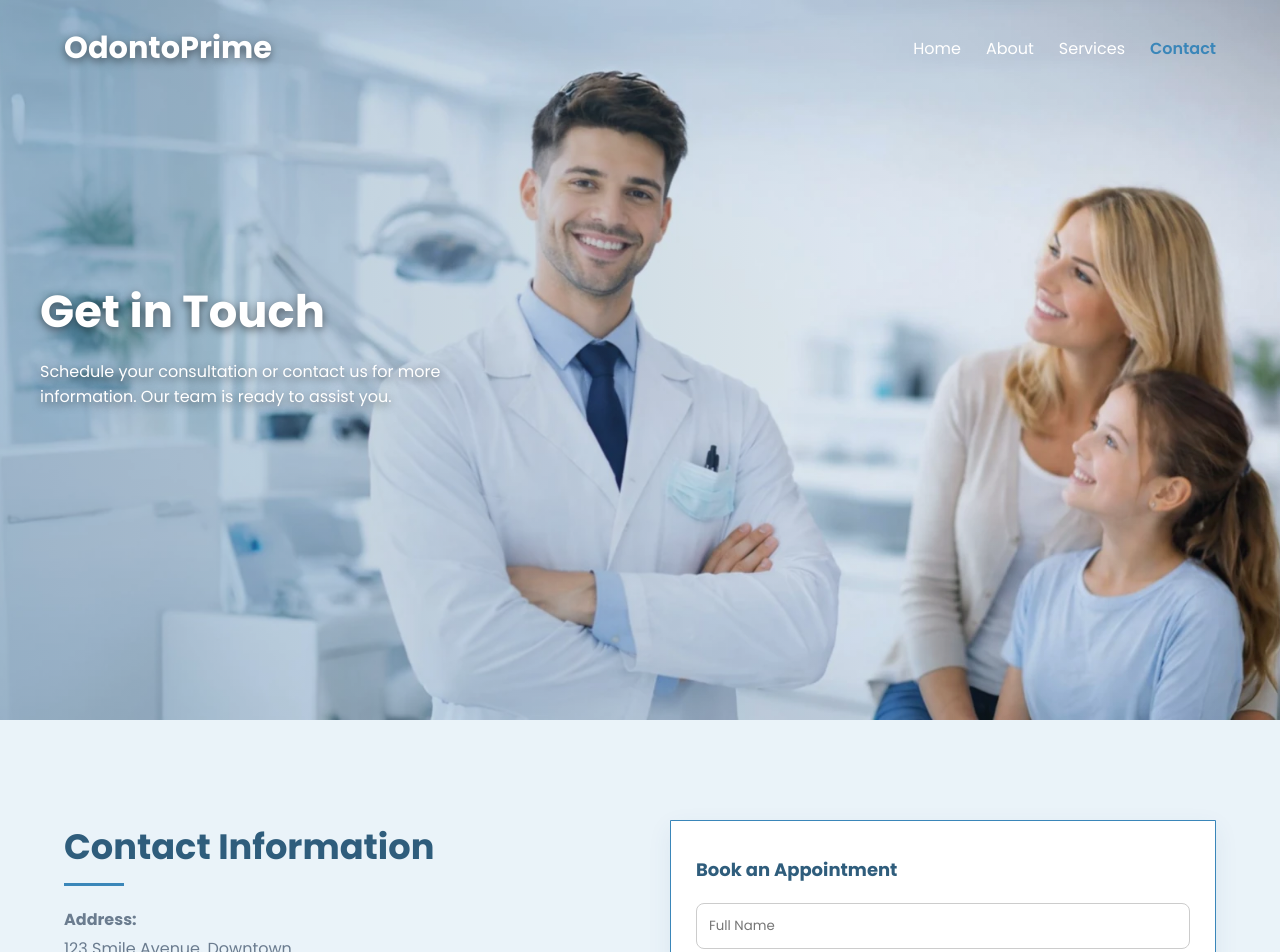
Repository: davidfsillva/OdontoPrime
Page: contact.html
These files come from the project's save history. The page is drawn as it stood at one moment and after the next save; the edit follows.
The browser window is 1280 px wide. The pictures show the part of the page from y = 0 to 952 px (the page is 2778 px tall before and 2803 px after).

Above is the page before, as saved 2026-02-16 22:26:02.

### contact.html
<!DOCTYPE html>
<html lang="en">
<head>
<meta charset="UTF-8">
<meta name="viewport" content="width=device-width, initial-scale=1.0">
<title>Contact - OdontoPrime Excellence</title>

<link rel="stylesheet" href="style.css">
<link href="https://fonts.googleapis.com/css2?family=Poppins:wght@300;400;600;700&display=swap" rel="stylesheet">
</head>
<!-- BOTÃO VOLTAR AO TOPO -->
<a href="#" class="back-to-top" id="backToTop">↑ Top</a>

<body>

<!-- HEADER -->
<header>
    <div class="container nav-container">
        <div class="logo">OdontoPrime</div>

        <nav id="nav">
            <a href="index.html">Home</a>
            <a href="about.html">About</a>
            <a href="services.html">Services</a>
            <a href="contact.html" class="active">Contact</a>
        </nav>

        <div class="menu-toggle" onclick="toggleMenu()">☰</div>
    </div>
</header>

<!-- HERO CONTACT -->
<section class="hero hero-contact">
    <div class="container hero-content">
        <div class="hero-text">
            <h1>Get in Touch</h1>
            <p>
                Schedule your consultation or contact us for more information.
                Our team is ready to assist you.
            </p>
        </div>
    </div>
</section>

<!-- CONTACT SECTION -->
<section class="about-preview">
    <div class="container contact-grid">

        <!-- CONTACT INFO -->
        <div class="about-text">
            <h2>Contact Information</h2>

            <p><strong>Address:</strong><br>
            123 Smile Avenue, Downtown<br>
            New York, NY 10001</p>

            <p><strong>Phone:</strong><br>
            +1 (555) 123-4567</p>

            <p><strong>Email:</strong><br>
            contact@odontoprime.com</p>

            <p><strong>Working Hours:</strong><br>
            Monday - Friday: 9:00 AM - 6:00 PM<br>
            Saturday: 9:00 AM - 1:00 PM<br>
            Sunday: Closed</p>

        </div>

        <!-- CONTACT FORM -->
        <div class="card contact-form" style="text-align:left;">

            <h3 style="margin-bottom:20px;">Book an Appointment</h3>

            <form>
                <div style="margin-bottom:15px;">
                    <input type="text" placeholder="Full Name" required
                    style="width:100%; padding:12px; border-radius:8px; border:1px solid #ccc;">
                </div>

                <div style="margin-bottom:15px;">
                    <input type="email" placeholder="Email Address" required
                    style="width:100%; padding:12px; border-radius:8px; border:1px solid #ccc;">
                </div>

                <div style="margin-bottom:15px;">
                    <input type="tel" placeholder="Phone Number"
                    style="width:100%; padding:12px; border-radius:8px; border:1px solid #ccc;">
                </div>

                <div style="margin-bottom:15px;">
                    <select required
                    style="width:100%; padding:12px; border-radius:8px; border:1px solid #ccc;">
                        <option value="">Select Service</option>
                        <option>Implant Dentistry</option>
                        <option>Orthodontics</option>
                        <option>Teeth Whitening</option>
                        <option>Endodontics</option>
                        <option>Pediatric Dentistry</option>
                        <option>Oral Surgery</option>
                    </select>
                </div>

                <div style="margin-bottom:20px;">
                    <textarea placeholder="Message"
                    rows="4"
                    style="width:100%; padding:12px; border-radius:8px; border:1px solid #ccc;"></textarea>
                </div>

                <button type="submit" class="btn-view" style="width:100%;">
                    Send Message
                </button>

            </form>
        </div>

    </div>
</section>

<!-- MAP SECTION -->
<section class="departments">
    <div class="container">
        <h2>Find Us</h2>

        <div style="margin-top:40px;">
            <iframe
                src="https://www.google.com/maps/embed?pb=!1m18!1m12!1m3!1d3021.9475964230247!2d-73.9893086845931!3d40.74881727932778!2m3!1f0!2f0!3f0!3m2!1i1024!2i768!4f13.1!3m3!1m2!1s0x89c259af18a6d5d3%3A0x2e0e1e0b6a9b0b3b!2sNew%20York%2C%20NY!5e0!3m2!1sen!2sus!4v1616621234567!5m2!1sen!2sus"
                width="100%"
                height="400"
                style="border:0; border-radius:20px;"
                allowfullscreen=""
                loading="lazy">
            </iframe>
        </div>

    </div>
</section>

<!-- FINAL CTA -->
<section class="why-us">
    <div class="container" style="text-align:center;">
        <h2>Your Smile Deserves the Best Care</h2>

        <p style="max-width:600px; margin:20px auto; color:var(--text-medium);">
            Contact OdontoPrime Excellence today and experience advanced,
            comfortable, and personalized dental care.
        </p>

        <a href="services.html" class="btn-view">Explore Our Services</a>
    </div>
</section>

<!-- FOOTER -->
<footer>
    <p>© 2026 OdontoPrime - All Rights Reserved</p>
</footer>

<script>
function toggleMenu(){
    document.getElementById("nav").classList.toggle("active");
}
</script>

</body>
</html>

### style.css
:root{

    --primary-blue: #2F5D7C;
    --secondary-blue: #4F7FA3;
    --accent-blue: #3A86B9;

    --bg-light: #EAF3F9;
    --white: #FFFFFF;
    --off-white: #E6EEF5;

    --text-dark: #2E3A46;
    --text-medium: #6B7C8F;

    --hero-gradient-start: rgba(47, 93, 124, 0.95);
    --hero-gradient-end: rgba(79, 127, 163, 0.85);

    --shadow-soft: 0 5px 20px rgba(47, 93, 124, 0.08);
}

*{
    margin:0;
    padding:0;
    box-sizing:border-box;
    font-family:'Poppins', sans-serif;
}

body{
    background:var(--bg-light);
    color:var(--text-dark);
}

.container{
    width:90%;
    max-width:1200px;
    margin:auto;
}

/* HEADER */

nav{
    display:flex;
    align-items:center;
}

header{
    position:absolute;
    width:100%;
    padding:25px 0;
    z-index:1000;
    background:transparent;
}

.nav-container{
    display:flex;
    justify-content:space-between;
    align-items:center;
}

.logo{
    font-weight:700;
    font-size:1.9rem;
    color:var(--white);
    text-shadow: 0 3px 8px rgba(0, 0, 0, 0.5);
}

nav a{
    margin-left:25px;
    text-decoration:none;
    color:var(--white);
    font-weight:500;
    transition:0.3s;
}

nav a:hover{
    color:var(--accent-blue);
}

.menu-toggle{
    display:none;
    font-size:24px;
    cursor:pointer;
    color:var(--white);
}

nav a.active{
    color: var(--accent-blue);
    font-weight: 600;
    position: relative;
}

/* HERO */

.hero{
    min-height:100vh;
    display:flex;
    align-items:center;
    background:
    linear-gradient(to right,
    rgba(79, 127, 163, 0.438),
    rgba(58, 134, 185, 0.048)),
    url('img/hero.webp') center/cover no-repeat;
    color:var(--white);
    padding:0 0;
    position:relative;
}

.hero-content{
    width:100%;
}

.hero-text{
    max-width:600px;
}

.hero h1{
    font-size:2.8rem;
    margin-bottom:20px;
    font-weight:700;
    line-height:1.2;
    text-shadow: 0 3px 8px rgba(0, 0, 0, 0.5);
}

.hero p{
    margin-bottom:25px;
    max-width:500px;
    font-size:16px;
    line-height:1.6;
    color:var(--white);
    text-shadow: 0 3px 8px rgba(0, 0, 0, 0.5);
}

.hero-about{
    background: var(--primary-blue);
    min-height: 60vh;
}


/* HERO STATS */

.hero-stats{
    position:absolute;
    bottom:0px;
    left:60%;
    transform:translateX(-50%);
    width:90%;
    max-width:1100px;
    display:grid;
    grid-template-columns:repeat(auto-fit, minmax(180px,1fr));
    gap:20px;
    padding:25px 40px;
    background:rgba(255,255,255,0.15);
    backdrop-filter:blur(15px);
    -webkit-backdrop-filter:blur(15px);
    border-radius:20px 0px 0px 0px;
    border:1px solid rgba(255,255,255,0.2);
}

.stat-item{
    text-align:center;
    color:var(--white);
}

.stat-item h2{
    font-size:2rem;
    font-weight:700;
}

.stat-item p{
    font-size:0.9rem;
    opacity:0.9;
}

/* BUTTONS */

.btn{
    padding:14px 30px;
    background:var(--white);
    border:none;
    color:var(--primary-blue);
    font-weight:600;
    border-radius:30px;
    cursor:pointer;
    transition:0.3s;
}

.btn:hover{
    background:var(--accent-blue);
    color:var(--white);
    transform:translateY(-3px);
}

.btn-view {
    padding:14px 30px;
    background:var(--accent-blue);
    border:none;
    color:var(--white);
    font-weight:600;
    border-radius:30px;
    cursor:pointer;
    transition:0.3s;
    text-decoration: none;
    text-align: center;
    display: block;
    width: fit-content;
    margin:40px auto 0;
}

.btn-view:hover {
    transform: translateY(-5px);
    box-shadow: 0 15px 30px rgba(0,0,0,0.2);
}

/* ABOUT */
.about-image{
    position:relative;
    overflow:hidden;
}


.about-preview{
    padding:100px 0;
}

.about-grid{
    display:grid;
    grid-template-columns:1fr 1fr;
    gap:60px;
    align-items:center;
}

.about-text h2{
    font-size:2.2rem;
    color:var(--primary-blue);
    margin-bottom:20px;
    position:relative;
}

.about-text h2::after{
    content:"";
    width:60px;
    height:3px;
    background:var(--accent-blue);
    display:block;
    margin-top:10px;
}

.about-text p{
    font-size:16px;
    line-height:1.8;
    color:var(--text-medium);
}

.about-grid img:not(.lead-dentist){
    width:100%;
    border-radius:20px;
}

.lead-dentist {
    border-radius: 30px; /* cantos arredondados */
    width: 60%;
    height: auto;
    margin: 0 auto;
    box-shadow: 0 8px 20px rgba(0,0,0,0.2); /* opcional: sombra suave */
    display: flex;
    justify-content: center; /* centraliza horizontalmente */
    align-items: center;     /* centraliza verticalmente se tiver altura */
}

/* DEPARTMENTS */

.departments{
    padding:100px 0;
}

.departments h2{
    text-align:center;
    font-size:2.2rem;
    color:var(--primary-blue);
    margin-bottom:60px;
    position:relative;
}

.departments h2::after{
    content:"";
    width:60px;
    height:3px;
    background:var(--accent-blue);
    display:block;
    margin:15px auto 0;
}

.dept-grid{
    display:grid;
    grid-template-columns: repeat(auto-fit, minmax(280px, 1fr));
    gap:30px;
}


.card {
    background:var(--white);
    padding:35px 25px;
    text-align:center;
    border-radius:18px;
    box-shadow:0 8px 25px rgba(47,93,124,0.08);
    transition:0.3s ease;


    border-radius: 0 0 0 32px;
    border:1px solid #3A86B9;

}

.why-card{
    border: none;
}


.card:hover{
    transform:translateY(-6px);
    box-shadow:0 15px 35px rgba(47,93,124,0.15);
}

/* Imagens dos cards de especialistas */
.why-us .card img {
    width: 220px;  /* aumenta para 120px de largura */
    height: auto; /* garante que fique quadrada */
    object-fit: cover; /* mantém proporção e recorta se necessário */
    border-radius: 50%; /* deixa redonda */
    margin: 0 auto 15px auto; /* centraliza horizontalmente e dá espaçamento abaixo */
    display: block;
}


.card h3{
    font-size:18px;
    margin-bottom:12px;
    color:var(--primary-blue);
}

.card p{
    font-size:14px;
    line-height:1.6;
    color:var(--text-medium);
}

/* WHY SECTION FULL IMAGE CARDS */

.why-card {
    position: relative;
    overflow: hidden;
    padding: 0;
    height: 350px;
    border-radius: 20px;
}

.why-card img {
    width: 100%;
    height: 100%;
    object-fit: cover;
    display: block;
}

.why-card .card-content {
    position: absolute;
    bottom: 0;
    width: 100%;
    padding: 25px;
    background: linear-gradient(
        to top,
        rgba(0,0,0,0.75),
        rgba(0,0,0,0.2)
    );
    color: var(--white);
}

.why-card h3 {
    margin-bottom: 8px;
    color: var(--white);
}

.why-card p {
    color: rgba(255,255,255,0.9);
    font-size: 14px;
}


/* WHY US */

.why-us{
    padding:100px 0;
    background:var(--white);
}

.why-us h2{
    text-align:center;
    font-size:2.2rem;
    margin-bottom:60px;
    color:var(--primary-blue);
    position:relative;
}

.why-us h2::after{
    content:"";
    width:60px;
    height:3px;
    background:var(--accent-blue);
    display:block;
    margin:15px auto 0;
}

.contact-grid{
    display:grid;
    grid-template-columns:1fr 1fr;
    gap:60px;
    align-items:start;
}

/* BOTÃO VOLTAR AO TOPO */
.back-to-top {
    position: fixed;       /* fixa na tela */
    bottom: 30px;          /* distância do rodapé */
    right: 30px;           /* distância da borda direita */
    background: var(--accent-blue);
    color: var(--white);
    padding: 12px 18px;
    border-radius: 50px;   /* deixa arredondado */
    text-decoration: none;
    font-weight: 600;
    font-size: 16px;
    box-shadow: 0 8px 20px rgba(0,0,0,0.2);
    transition: 0.3s;
    opacity: 0;            /* inicialmente invisível */
    pointer-events: none;  /* não clicável até aparecer */
    z-index: 1000;
}

.back-to-top:hover {
    background: var(--primary-blue);
    transform: translateY(-3px);
}

/* quando visível */
.back-to-top.show {
    opacity: 1;
    pointer-events: auto;
}



/* FOOTER */

footer{
    background:var(--primary-blue);
    color:var(--white);
    text-align:center;
    padding:30px;
    font-size:14px;
}

/* RESPONSIVE */

/* =========================
   RESPONSIVE
========================= */
@media (max-width: 768px) {

    /* NAVIGATION */
    nav {
        position: absolute;
        top: 80px;
        right: 0;
        background: var(--white);
        flex-direction: column;
        width: 200px;
        display: none;
        box-shadow: var(--shadow-soft);
    }

    nav a {
        padding: 15px;
        margin: 0;
        border-bottom: 1px solid var(--off-white);
        color: var(--text-dark);
    }

    nav.active {
        display: flex;
    }

    .menu-toggle {
        display: block;
    }

        /* HERO INTERNO (about, services, contact) */
    .hero-about,
    .hero-services,
    .hero-contact {
        min-height: 45vh;
        display: flex;
        align-items: center;
        justify-content: center;
        text-align: center;
        padding: 100px 20px 40px;
    }

    .hero-about h1,
    .hero-services h1,
    .hero-contact h1 {
        font-size: 1.6rem;
    }

    .hero-about p,
    .hero-services p,
    .hero-contact p {
        font-size: 0.95rem;
        max-width: 100%;
        margin: 0 auto;
    }

    /* ABOUT GRID */
    .about-grid {
        grid-template-columns: 1fr;
        gap: 30px;
        text-align: center;
    }

    .about-text h2 {
        font-size: 1.6rem;
    }

    /* DEPARTMENTS / SERVICES GRID */
    .dept-grid {
        grid-template-columns: 1fr;
        gap: 20px;
    }

    .card {
        padding: 25px 20px;
    }

    /* WHY SECTION */
    .why-us {
        padding: 70px 0;
    }

    .why-card {
        height: 280px;
    }

    /* CONTACT PAGE (caso tenha form grid) */
    .contact-grid {
        grid-template-columns: 1fr;
        gap: 30px;
    }

    .contact-form input,
    .contact-form textarea {
        width: 100%;
    }

    .hero {
        flex-direction: column;
        justify-content: center;
        align-items: center;
        text-align: center;
        padding: 20px 20px 0;
        background:
            linear-gradient(to top,
            rgba(47, 93, 124, 0.048),
            rgba(47, 93, 124, 0.2)),
            url('img/hero-mobile.webp') center/cover no-repeat;
    }



    .hero h1 {
        font-size: 1.8rem;
    }

    .hero p {
        max-width: 100%;
    }

        .hero-stats {
        left: 50%;
        transform: translateX(-50%);
        width: 95%;
        max-width: 100%;
        border-radius: 20px 20px 0 0;
        padding: 10px 12px 10px;
        gap: 1px;
        grid-template-columns: repeat(2, 1fr);
    }

    .stat-item h2 {
        font-size: 1.4rem;
    }

    .stat-item p {
        font-size: 0.75rem;
    }



}

After the next save:
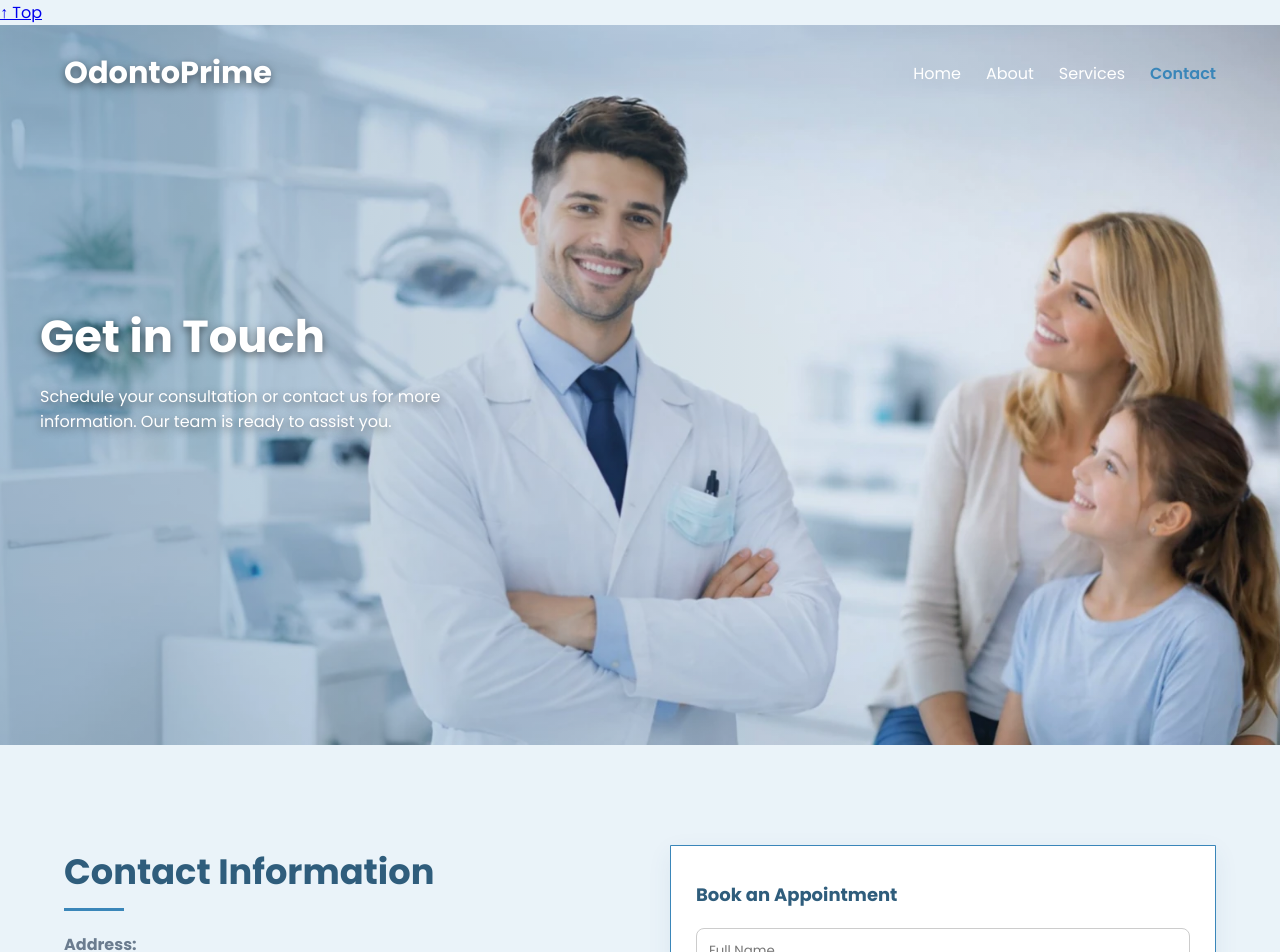
Saved 73 s later.
--- a/style.css
+++ b/style.css
@@ -325,7 +325,7 @@ nav a.active{
     width: 220px;  /* aumenta para 120px de largura */
     height: auto; /* garante que fique quadrada */
     object-fit: cover; /* mantém proporção e recorta se necessário */
-    border-radius: 50%; /* deixa redonda */
+    border-radius: 0%; /* deixa redonda */
     margin: 0 auto 15px auto; /* centraliza horizontalmente e dá espaçamento abaixo */
     display: block;
 }
@@ -415,37 +415,6 @@ nav a.active{
     align-items:start;
 }
 
-/* BOTÃO VOLTAR AO TOPO */
-.back-to-top {
-    position: fixed;       /* fixa na tela */
-    bottom: 30px;          /* distância do rodapé */
-    right: 30px;           /* distância da borda direita */
-    background: var(--accent-blue);
-    color: var(--white);
-    padding: 12px 18px;
-    border-radius: 50px;   /* deixa arredondado */
-    text-decoration: none;
-    font-weight: 600;
-    font-size: 16px;
-    box-shadow: 0 8px 20px rgba(0,0,0,0.2);
-    transition: 0.3s;
-    opacity: 0;            /* inicialmente invisível */
-    pointer-events: none;  /* não clicável até aparecer */
-    z-index: 1000;
-}
-
-.back-to-top:hover {
-    background: var(--primary-blue);
-    transform: translateY(-3px);
-}
-
-/* quando visível */
-.back-to-top.show {
-    opacity: 1;
-    pointer-events: auto;
-}
-
-
 
 /* FOOTER */
 
